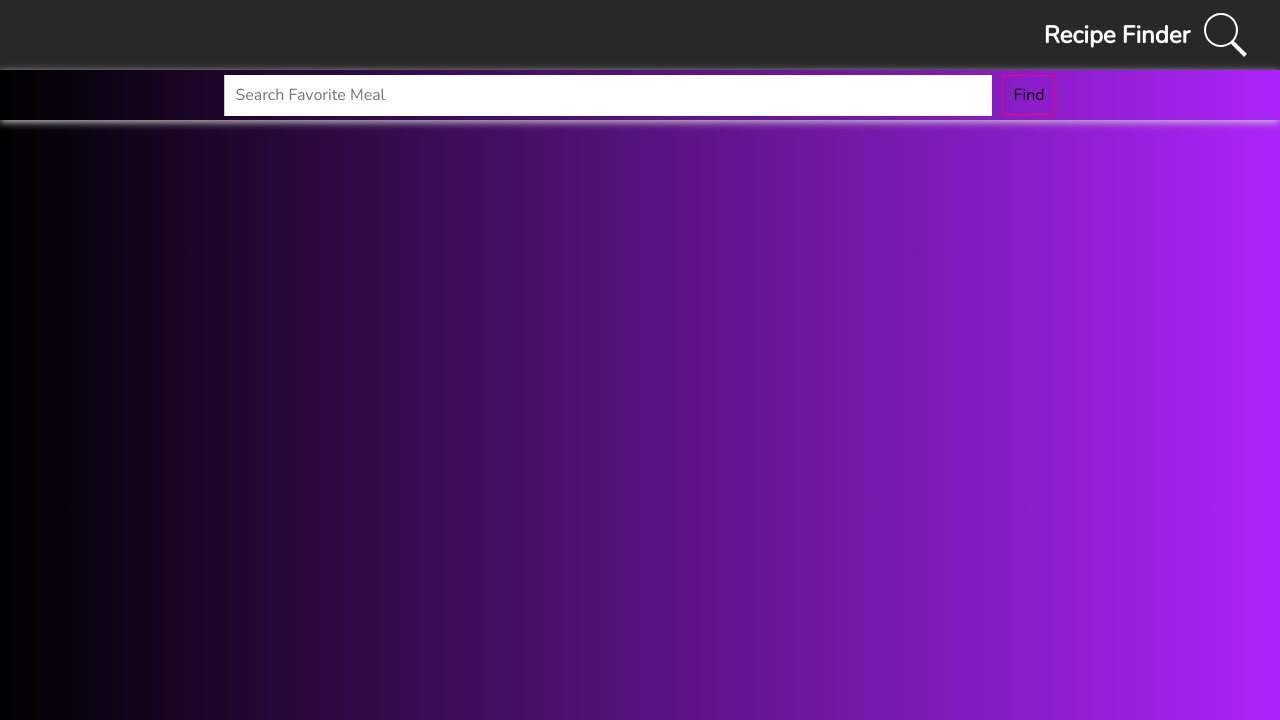
Repository: burntaftermint/recipes
Page: index.html
These files come from the project's save history. The page is drawn as it stood at one moment and after the next save; the edit follows.
The browser window is 1280 px wide. The pictures show the whole page.
The page's requests for data from a server got no answer.

Above is the page before, as saved 2023-11-07 03:27:38.

After the next save:
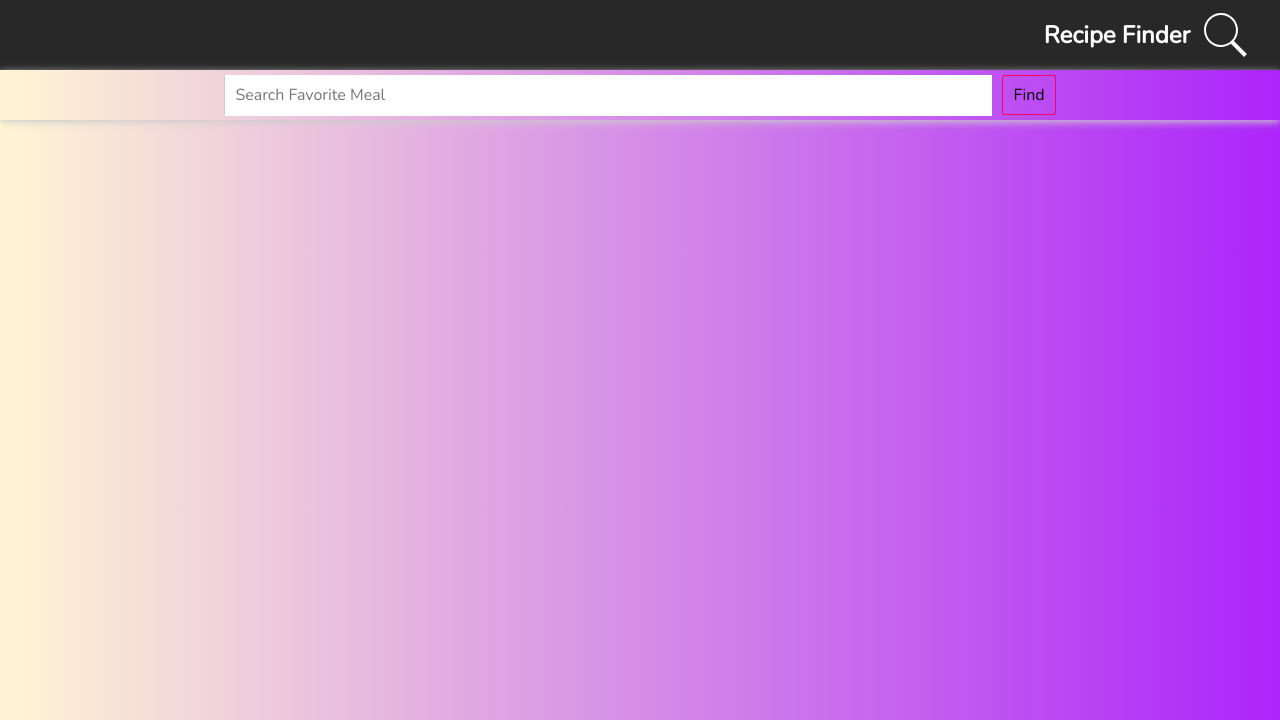
Saved 34 s later.
--- a/style.css
+++ b/style.css
@@ -16,7 +16,7 @@
 body {
     height: 100vh;
     width: 100vw;
-    background: linear-gradient(to right, #000000, #ac24fa);
+    background: linear-gradient(to right, #fff6d4, #ac24fa);
     overflow: hidden;
 }
 
